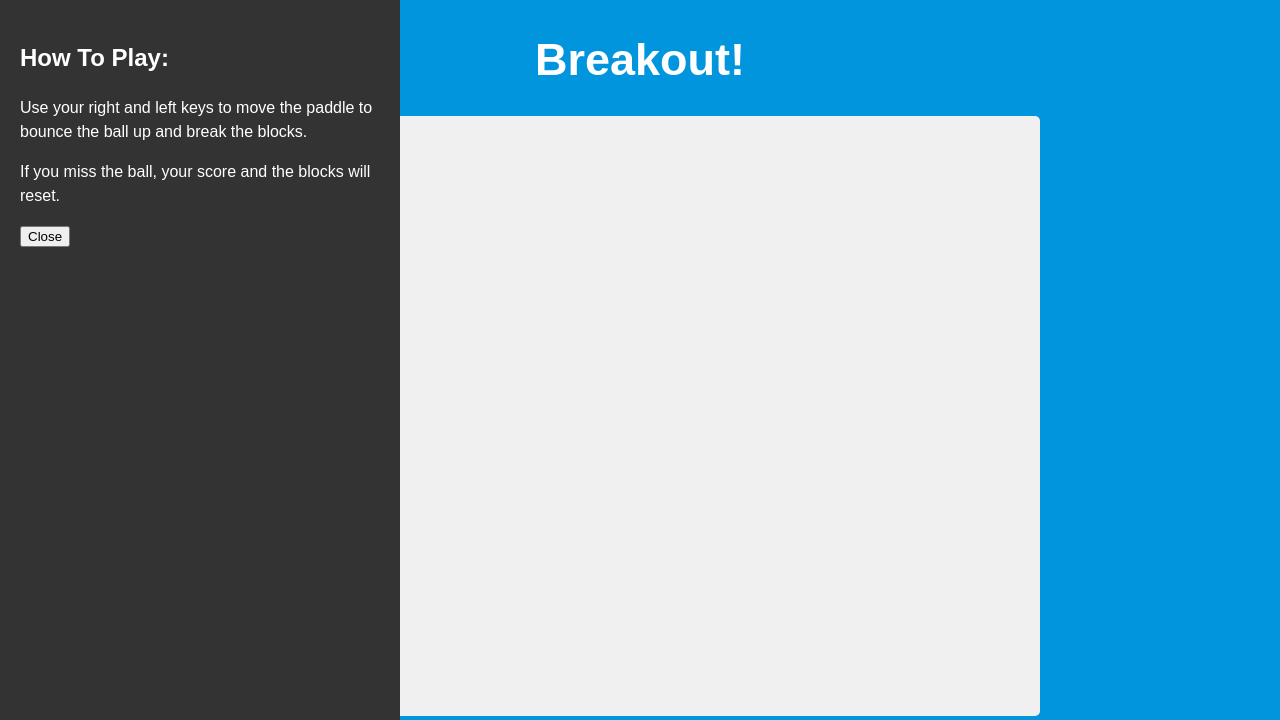
Repository: JackyZzZz/BREAKOUT-GAME
Page: index.html
The author's editor kept a copy of each file at every save. The page is drawn from the files as they stood at one save, then again after the next save.
The browser window is 1280 px wide. The pictures show the whole page.

Above is the page before, as saved 2023-09-04 20:43:55.

After the next save:
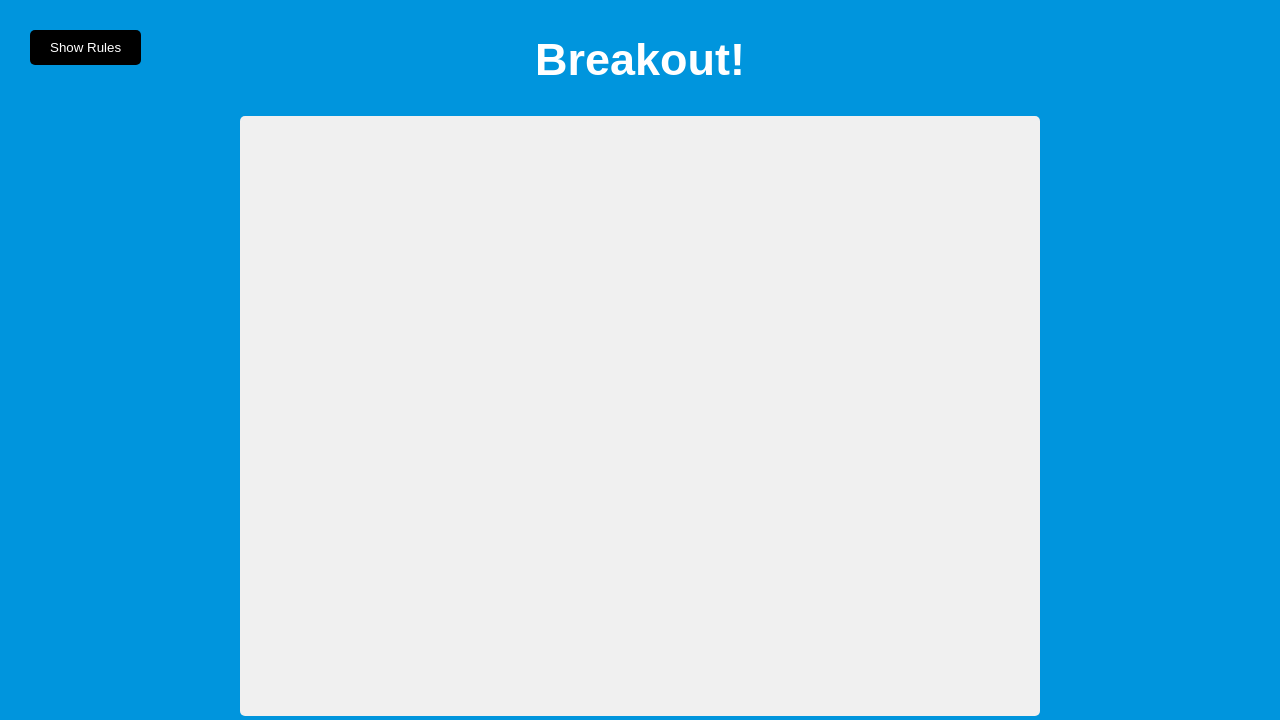
Saved 4 s later.
--- a/style.css
+++ b/style.css
@@ -61,5 +61,5 @@ canvas {
     width: 400px;
     padding: 20px;
     line-height: 1.5;
-    transform: translateX(0);
+    transform: translateX(-400px);
 }
